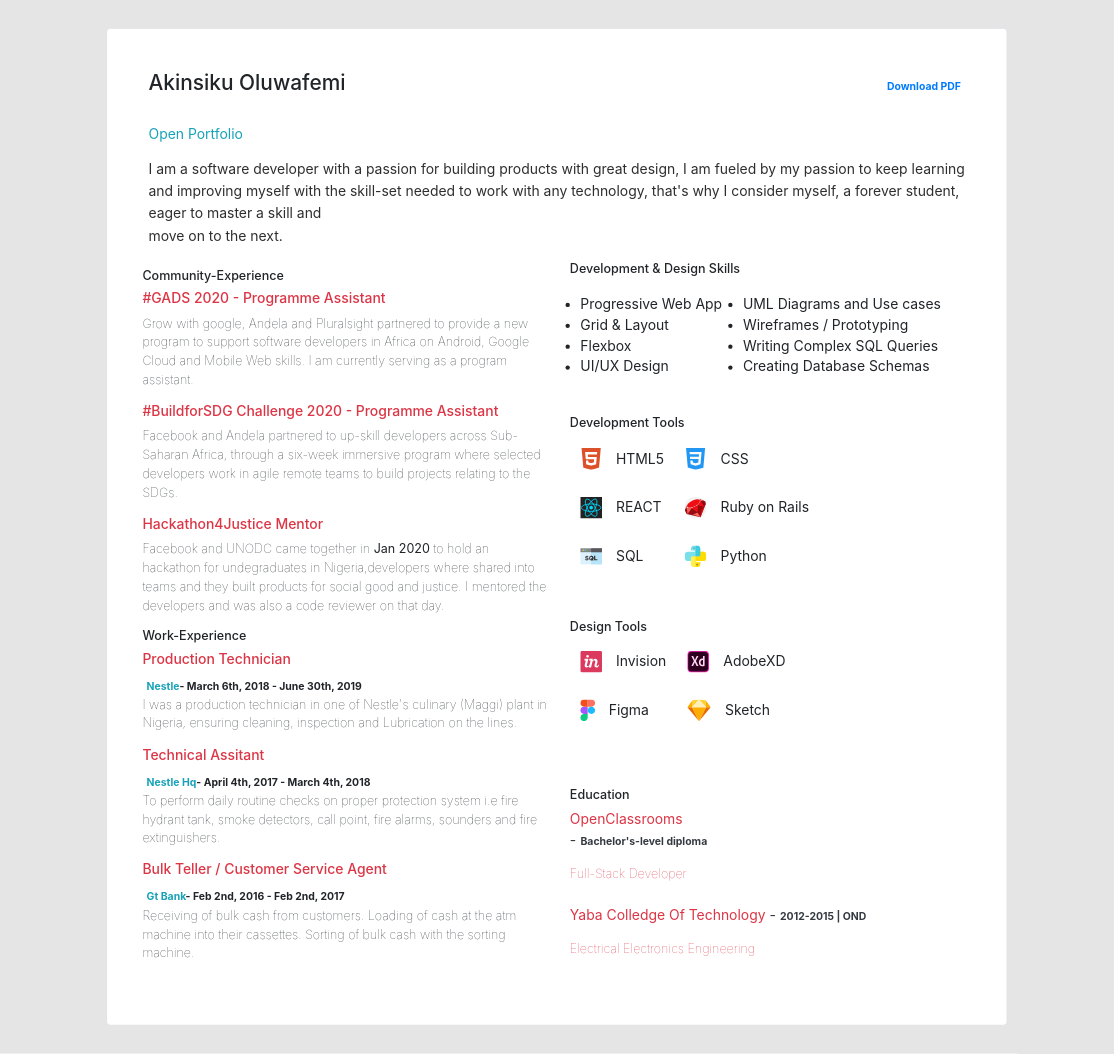
Repository: akinsikuoluwafemi/resume
Page: index.html
An editor plug-in stored every save of this project. The page is shown before and after the next save, followed by the edit.
The browser window is 1280 px wide. The pictures show the whole page, at 87% of full size.
The style sheet was rebuilt from its Sass, Less or Tailwind sources for each picture, by a compiler version that may differ from the author's.

Above is the page before, as saved 2020-08-03 19:02:42.

After the next save:
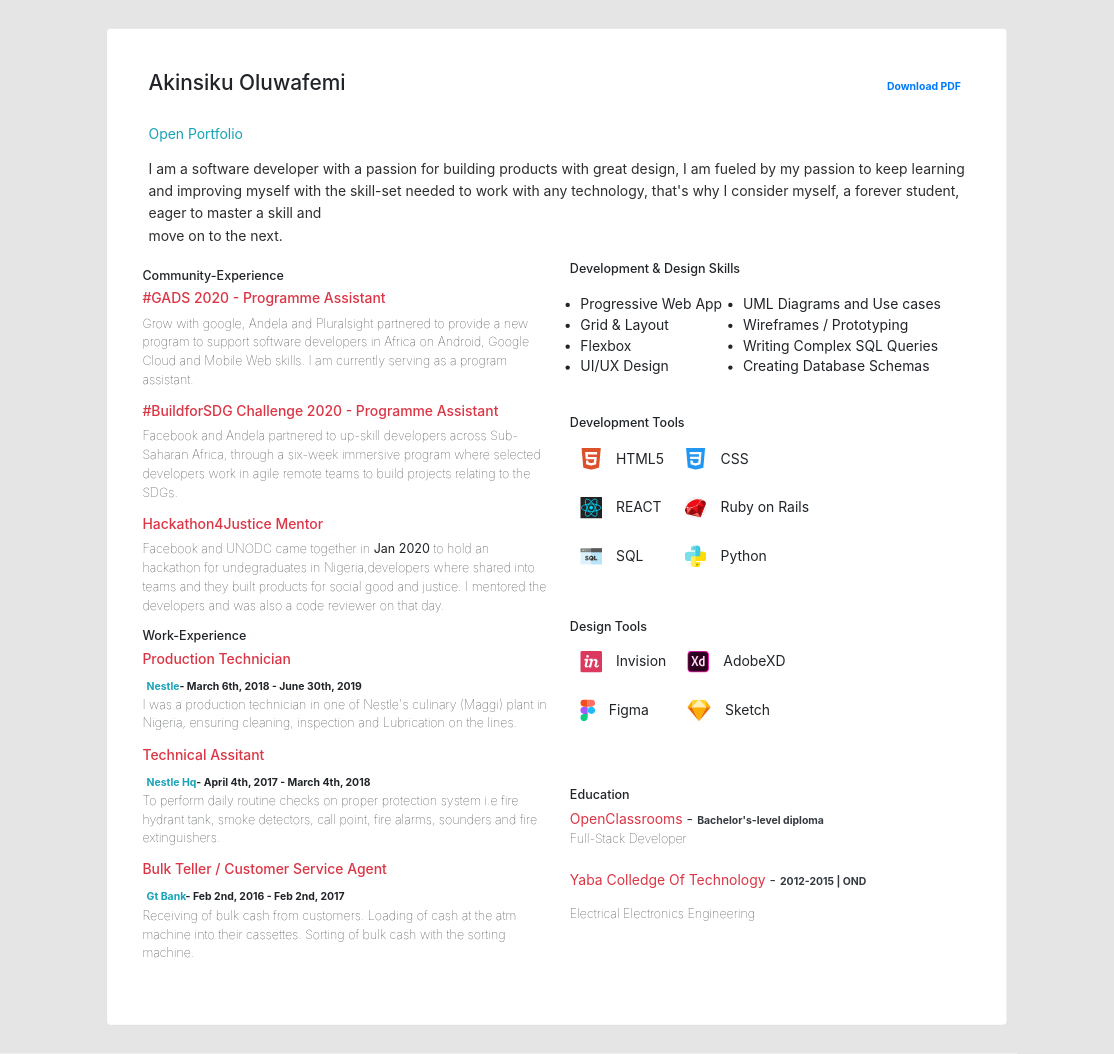
Saved 16 s later.
--- a/index.html
+++ b/index.html
@@ -219,7 +219,7 @@
                     <div>
                         <h5 class="item__header">Education</h5>
                         <a href="https://www.francecompetences.fr/recherche/rncp/27099/" class="text-danger text-info">OpenClassrooms
-                            <p class="text-dark">-</span><span class="badge text-dark">Bachelor's-level diploma</span></p>
+                            <span class="text-dark">-</span><span class="badge text-dark">Bachelor's-level diploma</span></a>
                         <p class="item__description ">Full-Stack Developer</p>
 
                         <p class="text-danger pt-2">Yaba Colledge Of Technology <span class="text-dark">-</span><span class="badge text-dark">2012-2015
